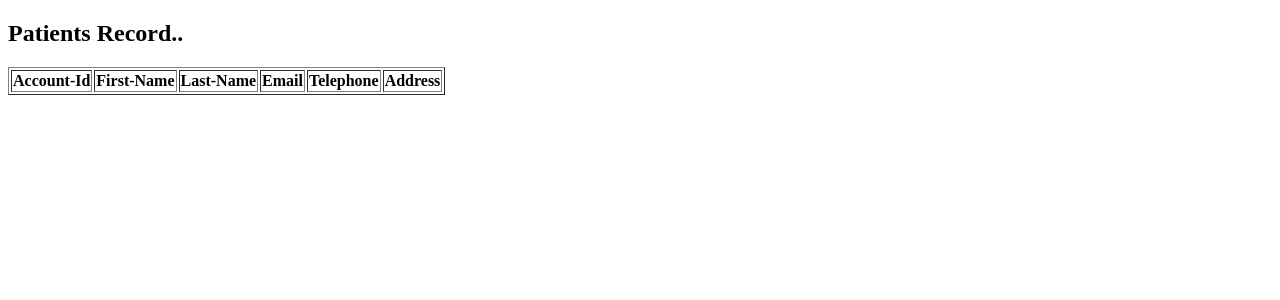
Repository: anujsoni10001/JSP-Servlet
Page: http://localhost/Minor/staff-patient.jsp
The author's editor kept a copy of each file at every save. The page is drawn from the files as they stood at one save, then again after a run of saves.
The browser window is 1280 px wide. The pictures show the whole page.
The page is served by Tomcat 9. Other server files are loaded and not shown. Queries for data that is not in the repository find no rows.

Above is the page before, as saved 2019-03-23 05:21:51.

### FinalProject/minor - Copy/Minor/WebContent/staff-patient.jsp
<%
RequestDispatcher rd=request.getRequestDispatcher("patientrecord.jsp");
rd.include(request,response);

%>

### FinalProject/minor - Copy/Minor/WebContent/patientrecord.jsp
<%@page import="pp.RegisteredDao"%>
<%@ page language="java" contentType="text/html; charset=ISO-8859-1"
    pageEncoding="ISO-8859-1"%>
<!DOCTYPE html PUBLIC "-//W3C//DTD HTML 4.01 Transitional//EN" "http://www.w3.org/TR/html4/loose.dtd">
<html>
<head>
<meta http-equiv="Content-Type" content="text/html; charset=ISO-8859-1">
<title>Insert title here</title>
</head>
<h2>Patients Record..</h2>
<body>
<%
pp.RegisteredDao rd=new RegisteredDao();
java.util.ArrayList<pp.PatientAccountBean> a1=rd.ShowallPatient();
%>
<table border=1>
<tr>
<th>Account-Id</th>
<th>First-Name</th>
<th>Last-Name</th>
<th>Email</th>
<th>Telephone</th>
<th>Address</th>
</tr>
<%
for(pp.PatientAccountBean p:a1)
{
%>
<tr>
<td><%=p.getAccountId()%></td>
<td><%=p.getFirstName()%></td>
<td><%=p.getLastName()%></td>
<td><%=p.getEmail()%></td>
<td><%=p.getTelephone()%></td>
<td><%=p.getAddress()%></td>
<td><a href="staff-patient.jsp?a_id=<%=p.getAccountId()%>&fname=<%=p.getFirstName()%>&lname=<%=p.getLastName()%>&email=<%=p.getEmail()%>&telephone=<%=p.getTelephone()%>&address=<%=p.getAddress()%>">Update</a></td>
<td><a href="delete_patient.jsp?a_id=<%=p.getAccountId()%>">Delete</a></td>
</tr>
<%
}
%>
</table>
</body>
</html>

### FinalProject/minor - Copy/Minor/src/pp/RegisteredDao.java
package pp;
import java.sql.*;
import pp.PatientAccountBean;

public class RegisteredDao {
Connection con;
public Connection getConnect() throws ClassNotFoundException, SQLException
{
Class.forName("com.mysql.cj.jdbc.Driver");
con=DriverManager.getConnection("jdbc:mysql://localhost:3306/minor","root","root");
return con;
}
public java.util.ArrayList<PatientAccountBean> ShowPro(String email) throws ClassNotFoundException, SQLException
{
java.util.ArrayList<PatientAccountBean> a1=new java.util.ArrayList<pp.PatientAccountBean>();
con=getConnect();
String qr="select * from accounts where Email=?";
PreparedStatement ps=con.prepareStatement(qr);
ps.setString(1,email);
ResultSet rs=ps.executeQuery();
while(rs.next())
{
pp.PatientAccountBean p=new pp.PatientAccountBean();
p.setFirstName(rs.getString("FirstName"));
p.setLastName(rs.getString("LastName"));
p.setTelephone(rs.getString("Telephone"));
p.setAddress(rs.getString("Address"));
p.setAccountId(rs.getInt("AccountId"));
a1.add(p);
}
con.close();
return a1;
}
public int update(PatientAccountBean p) throws ClassNotFoundException, SQLException
{
int i=0;
con=getConnect();
///Remember Query///
//update table tablename -XXXX...//
//Wrong Syntax Putted...in the Mid-Sam-Exam//
String qr="update accounts set LastName=?,FirstName=?,Telephone=?,Address=? where Email=?";
PreparedStatement ps=con.prepareStatement(qr);
ps.setString(1,p.getLastName());
ps.setString(2,p.getFirstName());
ps.setString(3,p.getTelephone());
ps.setString(4,p.getAddress());
ps.setString(5,p.getEmail());
i=ps.executeUpdate();
con.close();
return i;
}
public java.util.ArrayList<Doctor> ShowPro() throws ClassNotFoundException, SQLException
{
java.util.ArrayList<Doctor> a1=new java.util.ArrayList<pp.Doctor>();
con=getConnect();
String qr="select * from doctor";
Statement st=con.createStatement();
ResultSet rs=st.executeQuery(qr);
while(rs.next())
{
pp.Doctor p=new pp.Doctor();
p.setDoctorId(rs.getInt("DoctorId"));
a1.add(p);
}
con.close();
return a1;
}
public java.util.ArrayList<Doctor> ShowPro(int id) throws ClassNotFoundException, SQLException
{
java.util.ArrayList<Doctor> a1=new java.util.ArrayList<pp.Doctor>();
con=getConnect();
String qr="select * from doctor,specialty,hospital where doctor.SpecialtyId=specialty.SpecialtyId and DoctorId=? and doctor.HospitalId=hospital.HospitalId";
PreparedStatement ps=con.prepareStatement(qr);
ps.setInt(1,id);
ResultSet rs=ps.executeQuery();
while(rs.next())
{
pp.Doctor p=new pp.Doctor();
p.setDcotorName(rs.getString("DcotorName"));
p.setDescription(rs.getString("Description"));
p.setHospitalName(rs.getString("HospitalName"));
p.setHospitalId(rs.getString("HospitalId"));
p.setYearOfExperience(rs.getInt("YearOfExperience"));
a1.add(p);
}
con.close();
return a1;
}
public int addPro(pp.Appointment a) throws ClassNotFoundException, SQLException
{
int i=0;
con=getConnect();
 ///Remember Query///
//insert table tablename -XXXX...Wrong//
//Wrong Syntax Putted...in the Mid-Sam-Exam//
String qr="insert into Appointment(DoctorId,HospitalId,Date,BookedbyAccountId,Status) values(?,?,?,?,?)";
PreparedStatement ps=con.prepareStatement(qr);
ps.setString(1,a.getDoctorId());
ps.setString(2,a.getHospitalId());
ps.setString(3,a.getDate());
ps.setInt(4,a.getAppointmentId());
ps.setString(5,a.getStatus());
i=ps.executeUpdate();
con.close();
return i;
}
public java.util.ArrayList<pp.Appointment> ShowAppoint(int bbyid) throws ClassNotFoundException, SQLException
{
java.util.ArrayList<pp.Appointment> a1=new java.util.ArrayList<pp.Appointment>();
con=getConnect();
String qr="select * from Appointment,doctor,Accounts,Hospital where Appointment.DoctorId=doctor.DoctorId and AccountId=BookedByAccountId and doctor.HospitalId=Hospital.HospitalId and BookedbyAccountId=?";
PreparedStatement ps=con.prepareStatement(qr);
ps.setInt(1,bbyid);
ResultSet rs=ps.executeQuery();
while(rs.next())
{
pp.Appointment a=new Appointment();
a.setAppointmentId(rs.getInt("AppointmentId"));
a.setHospitalName(rs.getString("HospitalName"));
a.setDoctorName(rs.getString("DcotorName"));
a.setDate(rs.getString("Date"));
a.setStatus(rs.getString("Status"));
a.setChargesRM(rs.getDouble("ChargesRM"));
a1.add(a);
}
con.close();
return a1;
}
public int updateAppoint(pp.Appointment a) throws ClassNotFoundException, SQLException
{
int i=0;
con=getConnect();
///Remember Query///
//update table tablename -XXXX...//
//Wrong Syntax Putted...in the Mid-Sam-Exam//
String qr="update appointment set DoctorId=?,HospitalId=?,Date=?,BookedbyAccountId=? where AppointmentId=?";
PreparedStatement ps=con.prepareStatement(qr);
ps.setString(1,a.getDoctorId());
ps.setString(2,a.getHospitalId());
ps.setString(3,a.getDate());
ps.setInt(4,a.getBookedbyAccountId());
ps.setInt(5,a.getAppointmentId());
i=ps.executeUpdate();
con.close();
return i;
}
public int delete(Appointment a) throws ClassNotFoundException, SQLException
{
int i=0;
con=getConnect();
///Remember Query///
//delete table tablename -XXXX...Wrong//
//Wrong Syntax Putted...in the Mid-Sam-Exam//
String qr="delete from Appointment where AppointmentId=?";
PreparedStatement ps=con.prepareStatement(qr);
ps.setInt(1,a.getAppointmentId());
i=ps.executeUpdate();
con.close();
return i;
}
public boolean VerifyCard(Creditcard c) throws ClassNotFoundException, SQLException
{
con=getConnect();
String qr="select * from creditcard where CardNo=? and ExpiryDate=? and SecurityCode=? and CardType=?";

PreparedStatement ps=con.prepareStatement(qr);
ps.setString(1,c.getCardNo());
ps.setString(2,c.getExpiryDate());
ps.setString(3,c.getSecurityCode());
ps.setString(4,c.getCardType());
ResultSet rs=ps.executeQuery();
if(rs.next())
{
con.close();
return true;
}
else
{
con.close();
return false;
}
}
public int updateAppointStatus(pp.Appointment a) throws ClassNotFoundException, SQLException
{
int i=0;
con=getConnect();
///Remember Query///
//update table tablename -XXXX...//
//Wrong Syntax Putted...in the Mid-Sam-Exam//
String qr="update appointment set Status=? where AppointmentId=?";
PreparedStatement ps=con.prepareStatement(qr);
ps.setString(1,a.getStatus());
ps.setInt(2,a.getAppointmentId());
i=ps.executeUpdate();
con.close();
return i;
}
public java.util.ArrayList<pp.Appointment> ShowCompletedAppoint(int bbyid) throws ClassNotFoundException, SQLException
{
java.util.ArrayList<pp.Appointment> a1=new java.util.ArrayList<pp.Appointment>();
con=getConnect();
String qr="select * from Appointment,doctor,Accounts,Hospital where Appointment.DoctorId=doctor.DoctorId and AccountId=BookedByAccountId and doctor.HospitalId=Hospital.HospitalId and BookedbyAccountId=? and Status='Completed'";
PreparedStatement ps=con.prepareStatement(qr);
ps.setInt(1,bbyid);
ResultSet rs=ps.executeQuery();
while(rs.next())
{
pp.Appointment a=new Appointment();
a.setAppointmentId(rs.getInt("AppointmentId"));
a.setHospitalName(rs.getString("HospitalName"));
a.setDoctorName(rs.getString("DcotorName"));
a.setDate(rs.getString("Date"));
a.setStatus(rs.getString("Status"));
a.setChargesRM(rs.getDouble("ChargesRM"));
a1.add(a);
}
con.close();
return a1;
}
public int addPro(pp.Rating r) throws ClassNotFoundException, SQLException
{
int i=0;
con=getConnect();
 ///Remember Query///
//insert table tablename -XXXX...Wrong//
//Wrong Syntax Putted...in the Mid-Sam-Exam//
String qr="insert into rating values(?,?)";
PreparedStatement ps=con.prepareStatement(qr);
ps.setString(1,r.getAppointmentId());
ps.setInt(2,r.getConsultationRating());
i=ps.executeUpdate();
con.close();
return i;
}
public java.util.ArrayList<pp.Hospital> ShowHospital() throws ClassNotFoundException, SQLException
{
java.util.ArrayList<Hospital> a1=new java.util.ArrayList<pp.Hospital>();
con=getConnect();
String qr="select * from hospital";
Statement st=con.createStatement();
ResultSet rs=st.executeQuery(qr);
while(rs.next())
{
pp.Hospital h=new pp.Hospital();
h.setHospitalName(rs.getString("HospitalName"));
a1.add(h);
}
con.close();
return a1;
}
public java.util.ArrayList<pp.Hospital> ShowHospitalId(String HospitalName) throws ClassNotFoundException, SQLException
{
java.util.ArrayList<Hospital> a1=new java.util.ArrayList<pp.Hospital>();
con=getConnect();
String qr="select * from hospital where HospitalName=?";
PreparedStatement ps=con.prepareStatement(qr);
ps.setString(1,HospitalName);
ResultSet rs=ps.executeQuery();
while(rs.next())
{
pp.Hospital h=new pp.Hospital();
h.setHospitalId(rs.getString("HospitalId"));
a1.add(h);
}
con.close();
return a1;
}
public int addStaff(pp.Staff s) throws ClassNotFoundException, SQLException
{
int i=0;
con=getConnect();
 ///Remember Query///
//insert table tablename -XXXX...Wrong//
//Wrong Syntax Putted...in the Mid-Sam-Exam//
String qr="insert into staff values(?,?,?,?,?,?,?,?,?,?)";
PreparedStatement ps=con.prepareStatement(qr);
ps.setInt(1,s.getStaffId());
ps.setString(2,s.getEmail());
ps.setString(3,s.getPassword());
ps.setString(4,s.getFirstName());
ps.setString(5,s.getLastName());
ps.setString(6,s.getICNumber());
ps.setString(7,s.getTelephone());
ps.setString(8,s.getAddress());
ps.setString(9,s.getPosition());
ps.setString(10,s.getHospitalId());
i=ps.executeUpdate();
con.close();
return i;
}
public java.util.ArrayList<PatientAccountBean> ShowallPatient() throws ClassNotFoundException, SQLException
{
java.util.ArrayList<PatientAccountBean> a1=new java.util.ArrayList<pp.PatientAccountBean>();
con=getConnect();
String qr="select * from accounts";
Statement st=con.createStatement();
ResultSet rs=st.executeQuery(qr);
while(rs.next())
{
pp.PatientAccountBean p=new pp.PatientAccountBean();
p.setFirstName(rs.getString("FirstName"));
p.setLastName(rs.getString("LastName"));
p.setTelephone(rs.getString("Telephone"));
p.setAddress(rs.getString("Address"));
p.setAccountId(rs.getInt("AccountId"));
p.setEmail(rs.getString("Email"));
a1.add(p);
}
con.close();
return a1;
}
public int updateStaffPatient(PatientAccountBean p) throws ClassNotFoundException, SQLException
{
int i=0;
con=getConnect();
///Remember Query///
//update table tablename -XXXX...//
//Wrong Syntax Putted...in the Mid-Sam-Exam//
String qr="update accounts set LastName=?,FirstName=?,Telephone=?,Address=?,Email=? where AccountId=?";
PreparedStatement ps=con.prepareStatement(qr);
ps.setString(1,p.getLastName());
ps.setString(2,p.getFirstName());
ps.setString(3,p.getTelephone());
ps.setString(4,p.getAddress());
ps.setString(5,p.getEmail());
i=ps.executeUpdate();
con.close();
return i;
}
}

After the next 2 saves:
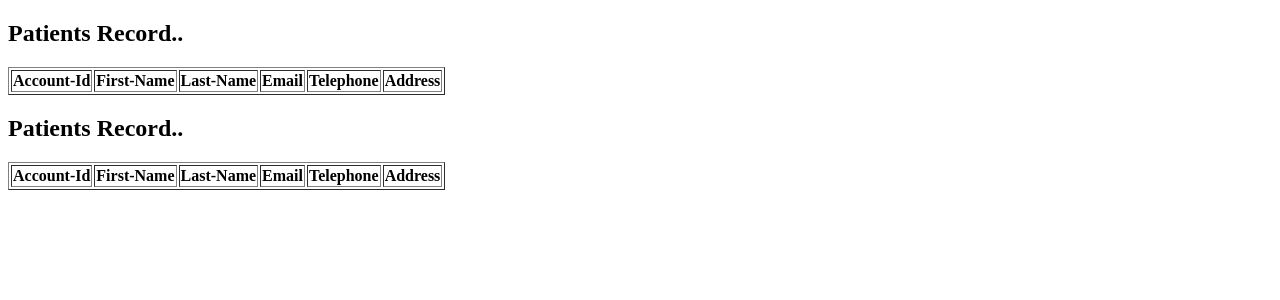
The 2 saves are shown as one change because 1 did not build or start.
The last was saved 23 s later.
--- a/FinalProject/minor - Copy/Minor/WebContent/staff-patient.jsp
+++ b/FinalProject/minor - Copy/Minor/WebContent/staff-patient.jsp
@@ -1,5 +1,6 @@
 <%
 RequestDispatcher rd=request.getRequestDispatcher("patientrecord.jsp");
 rd.include(request,response);
-
+RequestDispatcher rd1=request.getRequestDispatcher("patientrecord.jsp");
+rd1.include(request,response);
 %>
